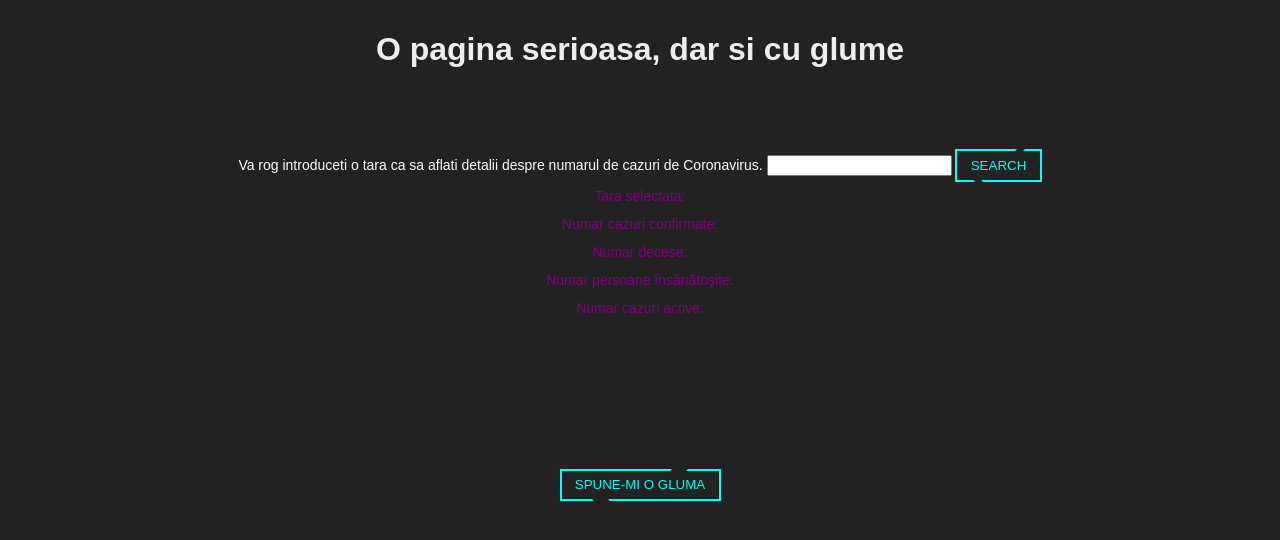
Repository: vladturturica97/proiect-cc2
Page: server/frontend/index.html
The author's editor kept a record of every edit. The page is drawn from the files as they stood at one moment, then again after the next edit.
The browser window is 1280 px wide. The pictures show the whole page.

Above is the page before.

### server/frontend/index.html
<html>
<head>
    <style type="text/css">
        body {
            display: flex;
          flex-direction: column;
          height: 93vh;
          justify-content: center;
          align-items: center;
          background: #222;
          color: #eee;
          font-family: "Dosis", sans-serif;

        }

        .spoiler, .spoiler2{
            color: black;
            background-color:black;
        }

        .spoiler:hover{
            color: white;
        }

        .spoiler2:hover {
            background-color:white;
        }
        .underlined-a {
              text-decoration: none;
              color: aqua;
              padding-bottom: 0.15em;
              box-sizing: border-box;
              box-shadow: inset 0 -0.2em 0 aqua;
              transition: 0.2s;
        }
        .underlined-a:hover {
            color: #222;
            box-shadow: inset 0 -2em 0 aqua;
            transition: all 0.45s cubic-bezier(0.86, 0, 0.07, 1);
        }

        .brk-btn {
  position: relative;
  background: none;
  color: aqua;
  text-transform: uppercase;
  text-decoration: none;
  border: 0.2em solid aqua;
  padding: 0.5em 1em;

    }


  .brk-btn:before {
    content: "";
    display: block;
    position: absolute;
    width: 10%;
    background: #222;
    height: 0.3em;
    right: 20%;
    top: -0.21em;
    transform: skewX(-45deg);
    -webkit-transition: all 0.45s cubic-bezier(0.86, 0, 0.07, 1);
    transition: all 0.45s cubic-bezier(0.86, 0, 0.07, 1);
  }
  .brk-btn:after {
    content: "";
    display: block;
    position: absolute;
    width: 10%;
    background: #222;
    height: 0.3em;
    left: 20%;
    bottom: -0.25em;
    transform: skewX(45deg);
    -webkit-transition: all 0.45 cubic-bezier(0.86, 0, 0.07, 1);
    transition: all 0.45s cubic-bezier(0.86, 0, 0.07, 1);
  }
  .brk-btn:hover::before {
      right: 80%;
    }
   .brk-btn:hover::after {
      left: 80%;
    }

    p {
	font-size: 14;
	font-weight: 400;
	line-height: 2;
	margin-bottom: 1.5em;
	color: #fcfcfc;
	text-align: center;
    }
    /*h1 {
	font-size: calc(2.8em + 2.6vw);
	font-weight: 700;
	letter-spacing: .01em;
	padding: 10rem 0 0 4.5rem;
	text-shadow: .022em .022em .022em #111;
	color: #fff;
    }*/
    header {
    position: absolute;
      left: 50%;
      top: 50px;
      transform: translate(-50%, -50%);
      width: 600px;
      text-align: center;
    }
  </style>
</head>
<header><h1>O pagina serioasa, dar si cu glume</h1></header>
<body>


<script>
    function isEmpty(obj) {
        for(var key in obj) {
            if(obj.hasOwnProperty(key))
                return false;
            }
                return true;
    }

    function readCovidJson(){
            if(this.readyState == 4 && this.status == 200){
                var jsonn = JSON.parse(this.responseText);
                if(isEmpty(jsonn)){
                    window.alert("Tara invalida");
                }
                else {
                    var lastElement = jsonn[jsonn.length-1];
                    var country = lastElement.Country;
                    document.getElementById('country').innerHTML = country;

                    var confirmed = lastElement.Confirmed;
                    document.getElementById('confirmed').innerHTML = confirmed;

                    var deaths = lastElement.Deaths;
                    document.getElementById('deaths').innerHTML = deaths;

                    var recovered = lastElement.Recovered;
                    document.getElementById('recovered').innerHTML = recovered;

                    var active = lastElement.Active;
                    document.getElementById('active').innerHTML = active;
                }
            }
    }

    function importCountry(){
        var countryInput = document.getElementById("countryInput").value;

        var xhr = new XMLHttpRequest();
        xhr.overrideMimeType("application/json");
        xhr.onreadystatechange = readCovidJson;
        xhr.open("POST", "/country", true);
        xhr.setRequestHeader('Content-Type', 'application/json;charset=UTF-8');
        xhr.send(JSON.stringify({country: countryInput}));
        console.log(xhr);

    }

    function readJoke(){
            if(this.readyState == 4 && this.status == 200){
                var jsonn = JSON.parse(this.responseText);
                var jokeSetup = jsonn[0].setup;
                document.getElementById('jokeSetup').innerHTML = jokeSetup;

                var jokePunchline = jsonn[0].punchline;
                document.getElementById('jokePunchline').innerHTML = jokePunchline;
                }
    }

    function importJoke(){
        var xhr = new XMLHttpRequest();
        xhr.overrideMimeType("application/json");
        xhr.onreadystatechange = readJoke;
        xhr.open("POST", "/joke", true);
        xhr.setRequestHeader('Content-Type', 'application/json;charset=UTF-8');
        xhr.send(null);
    }
</script>

<p>
Va rog introduceti o tara ca sa aflati detalii despre numarul de cazuri de Coronavirus.
<input type="text" id="countryInput" name="search">
<button onclick="importCountry()" class="brk-btn">Search</button><br>

        <label style="color:purple" > Tara selectata: </label>
        <label id="country" class="underlined-a">  </label><br>
        <label style="color:purple" > Numar cazuri confirmate: </label>
        <label id="confirmed" class="underlined-a">  </label><br>
        <label style="color:purple" > Numar decese: </label>
        <label id="deaths" class="underlined-a">  </label><br>
        <label style="color:purple"> Numar persoane însănătoşite: </label>
        <label id="recovered" class="underlined-a">  </label><br>
        <label style="color:purple"> Numar cazuri active: </label>
        <label id="active" class="underlined-a" >  </label><br><br><br><br><br>
    </p>

    <p>
        <button onclick="importJoke()" class="brk-btn">Spune-mi o gluma</button><br>
        <label id="jokeSetup"> </label><br>
        <span class="spoiler2"> <label id="jokePunchline">              </label> </span>
    </p>
</body>
</html>

After the next edit:
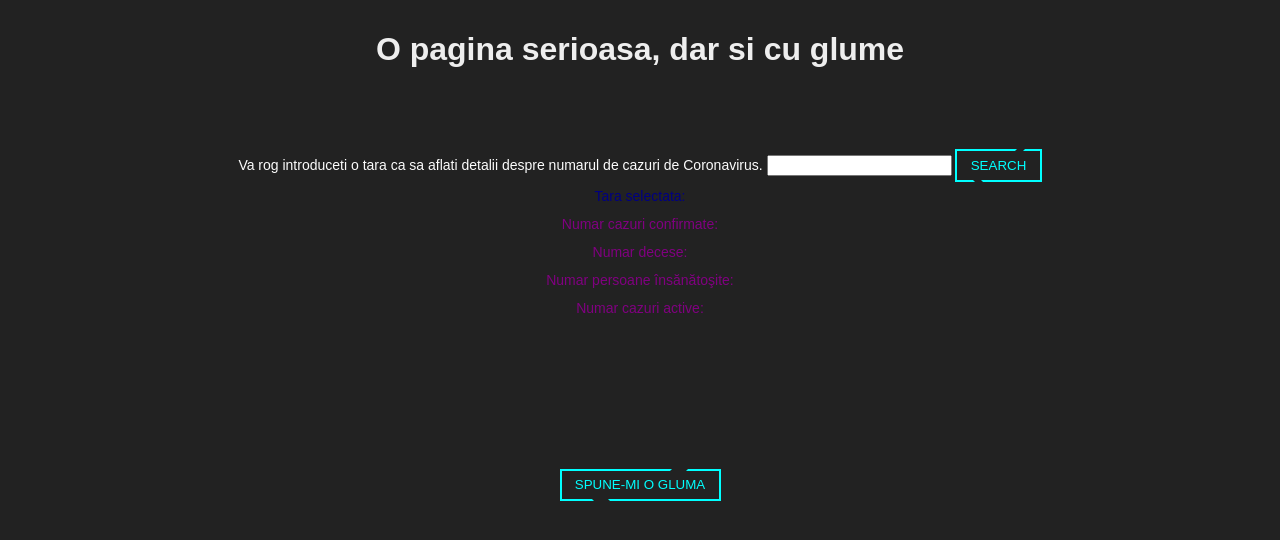
The edit:
--- a/server/frontend/index.html
+++ b/server/frontend/index.html
@@ -188,7 +188,7 @@
 <input type="text" id="countryInput" name="search">
 <button onclick="importCountry()" class="brk-btn">Search</button><br>
 
-        <label style="color:purple" > Tara selectata: </label>
+        <label style="color:#000080" > Tara selectata: </label>
         <label id="country" class="underlined-a">  </label><br>
         <label style="color:purple" > Numar cazuri confirmate: </label>
         <label id="confirmed" class="underlined-a">  </label><br>
